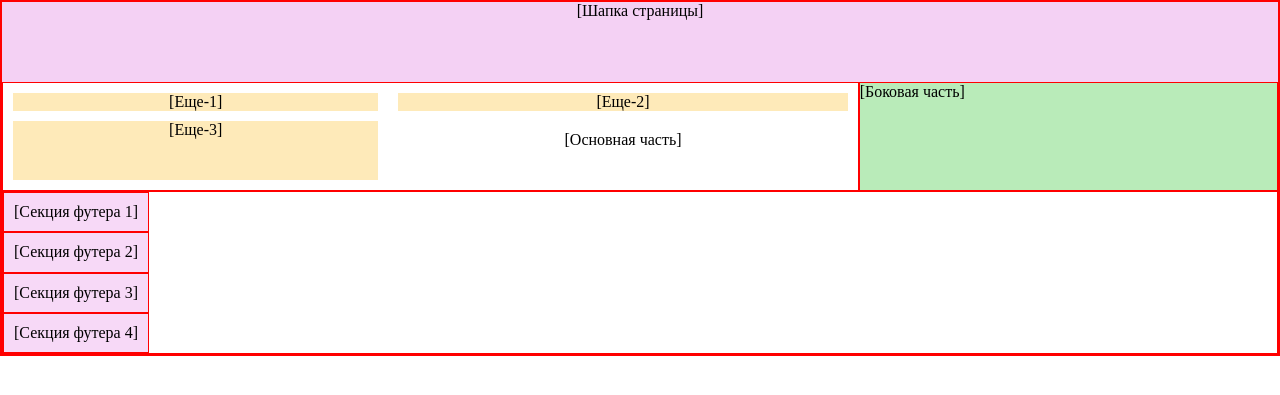
Repository: IrinaGetmanenko/week6
Page: grid.html
An editor plug-in stored every save of this project. The page is shown before and after the next save, followed by the edit.
The browser window is 1280 px wide. The pictures show the whole page.

Above is the page before, as saved 2022-10-22 20:17:06.

### grid.html
<!DOCTYPE html>
<html lang="en">
<head>
    <meta charset="UTF-8">
    <meta http-equiv="X-UA-Compatible" content="IE=edge">
    <meta name="viewport" content="width=device-width, initial-scale=1.0">
    <title>Document</title>
    <link rel="stylesheet" href="assets\normalize.css">
</head>

<style>

.site{
  border: 2px solid red;
  display: grid;
  grid-template-areas:"header header header "
                       "inner inner  aside"
                       "inner inner aside"
                       "footer footer footer"
}

.header {
  background-color: rgb(244, 209, 244);
  grid-area: header;
  text-align: center;
  height: 80px;
}

.inner{
  border: 1px solid red;
  display: grid;
  grid-area: inner;
  grid-template-areas:"main main"
                       "left right"
                       "bottom bottom"

  background-color: beige;
  gap: 10px 20px;
  text-align: center;
  padding: 10px;


}

.main{
  grid-area: main;
padding: 10px 10px 30px;
 }

.block{
  background-color: rgb(254, 234,185);
  text-align: inherit;
}


.block left
{
  grid-area: left;

}

.block right
{
  grid-area:right;

}
.block bottom
{
  grid-area:bottom;

}


.aside {
  border: 1px solid red;
  grid-area: aside;
  background-color: rgb(185, 235, 185);

}

.footer {
grid-area: footer;
display: grid;
border: 1px solid red;
justify-content: space-between;

}

.section-1  {

  background-color: rgb(247, 217, 247);
border: 1px solid red;
padding: 10px;

}

.section-2  {
    border: 1px solid red;
  background-color: rgb(247, 217, 247);
  padding: 10px;
}

.section-3  {
    border: 1px solid red;
  background-color: rgb(247, 217, 247);
  padding: 10px;
}

.section-4  {
    border: 1px solid red;
  background-color: rgb(247, 217, 247);
  padding: 10px;
}

</style>
<body>

  <site class=" site">

<header class="header">[Шапка страницы]</header>


<div class="inner">
  <inner class="main">
    <span>[Основная часть]</span>
  </inner>
<div class="block left">
  <span>[Еще-1]</span>
  </div>
  <inner class="block right">
    <span>[Еще-2]</span>
  </inner>
    <inner class="block bottom">
      <span>[Еще-3]</span>
    </inner>
</div>

<aside class="aside">[Боковая часть]</aside>


<footer class="footer">
  <footer class="section-1">
    <span>[Секция футера 1]</span>
  </footer>
  <footer class="section-2">
    <span>[Секция футера 2]</span>
  </footer>
  <footer class="section-3">
    <span>[Секция футера 3]</span>
</footer>
    <footer class="section-4">
      <span>[Секция футера 4]</span>
  </footer>


</footer>

</site>



</body>
</html>

Loaded but not shown: assets/normalize.css (library)

After the next save:
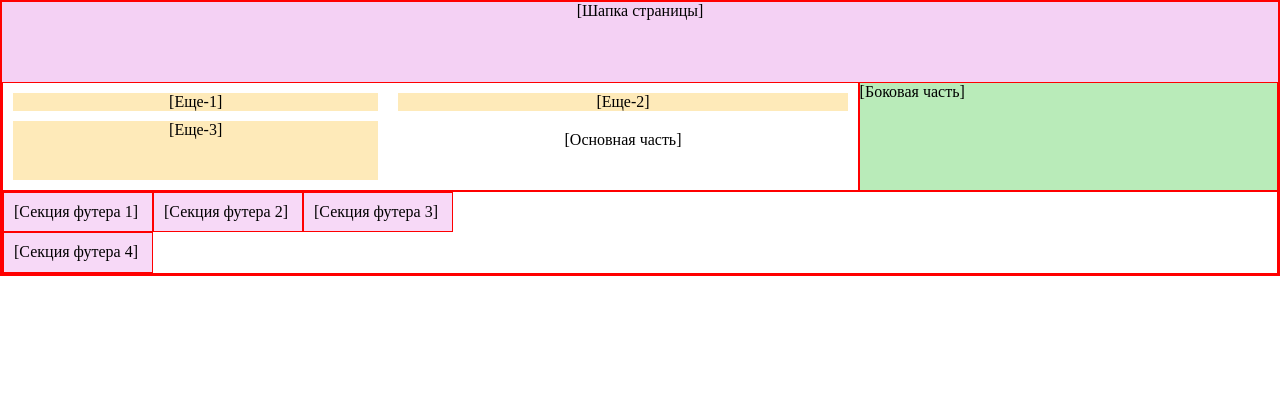
Saved 19 s later.
--- a/grid.html
+++ b/grid.html
@@ -82,8 +82,8 @@ padding: 10px 10px 30px;
 grid-area: footer;
 display: grid;
 border: 1px solid red;
-justify-content: space-between;
 
+grid-template-columns: 150px 150px 150px;
 }
 
 .section-1  {
